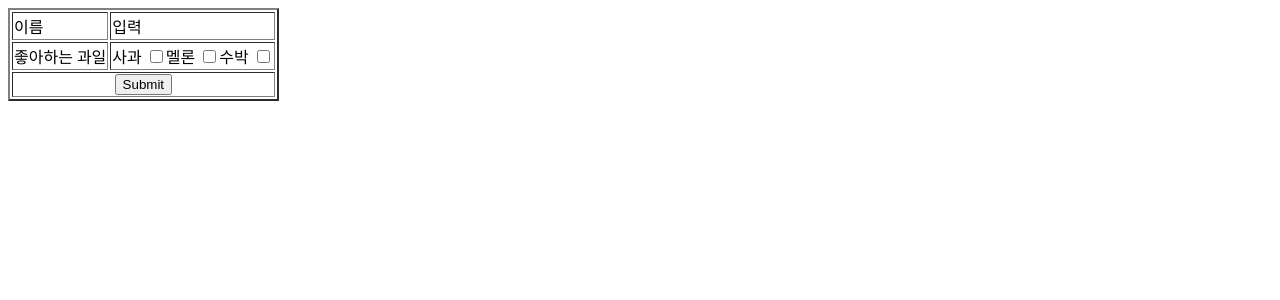
Repository: Jipumpkin/WebServer
Page: JSP2/src/main/webapp/input_info.html
The author's editor kept a copy of each file at every save. The page is drawn from the files as they stood at one save, then again after the next save.
The browser window is 1280 px wide. The pictures show the whole page.

Above is the page before, as saved 2024-08-07 02:39:52.

After the next save:
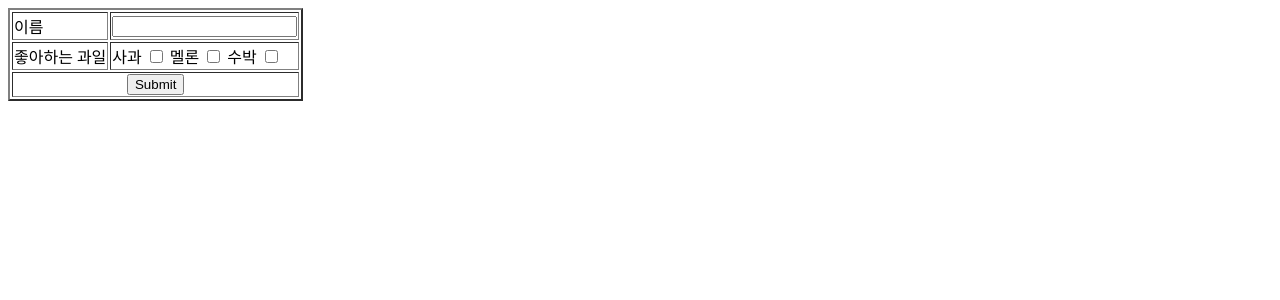
Saved 3 min 3 s later.
--- a/JSP2/src/main/webapp/input_info.html
+++ b/JSP2/src/main/webapp/input_info.html
@@ -12,16 +12,18 @@
 	</style>
 
 <body>
-	<form action="result.jsp">
+	<form action="result.jsp" method="post">
 	<table border="2px solid">
 		<tr>
 			<td>이름</td>
-			<td>입력</td>
+			<td><input type="text" name="name"></td>
 		</tr>
 		<tr>
 			<td>좋아하는 과일</td>
 			<td>
-				사과 <input type="checkbox"/>멜론 <input type="checkbox" />수박 <input type="checkbox" />
+				사과 <input type="checkbox" name="fruit" value="사과"/>
+				멜론 <input type="checkbox" name="fruit" value="멜론"/>
+				수박 <input type="checkbox" name="fruit" value="수박"/>
 			</td>
 		</tr>
 		<tr class="sub">
